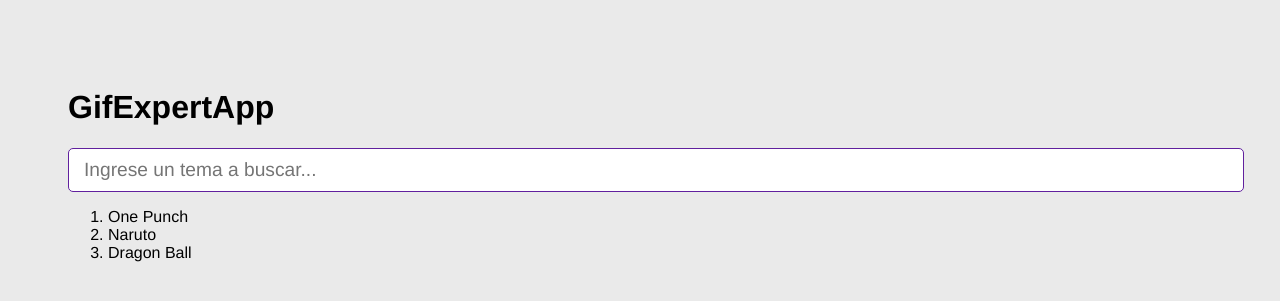
Repository: AlanColliDev/CursoReact
Page: /
The author's editor kept a copy of each file at every save. The page is drawn from the files as they stood at one save, then again after the next save.
The browser window is 1280 px wide. The pictures show the whole page.
The project was rebuilt for these pictures with package versions that can differ from the ones it lists, and the page was loaded fresh each time. Also part of the build but not shown: vite.config.js.

Above is the page before, as saved 2022-07-12 00:47:57.

After the next save:
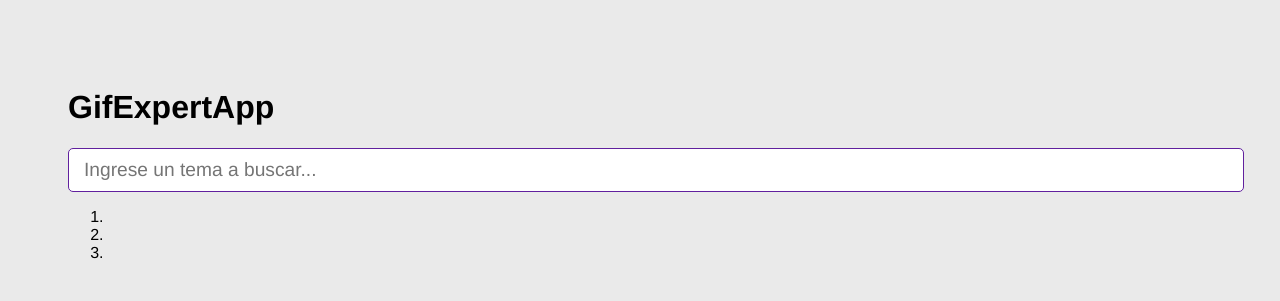
Saved 17 min 28 s later.
--- a/src/GifExpertApp.jsx
+++ b/src/GifExpertApp.jsx
@@ -24,9 +24,13 @@
       {/* Lista de Gif Item */}
       <ol>
          {categories.map( (item) => {
-            return <li key={item}>{item}</li>
+            return (
+               <div key={item}>
+                  <li></li>
+               </div>
+            )
+            // return <li key={item}>{item}</li>
          })}
-
       </ol>
          {/* Item Gif */}
 
